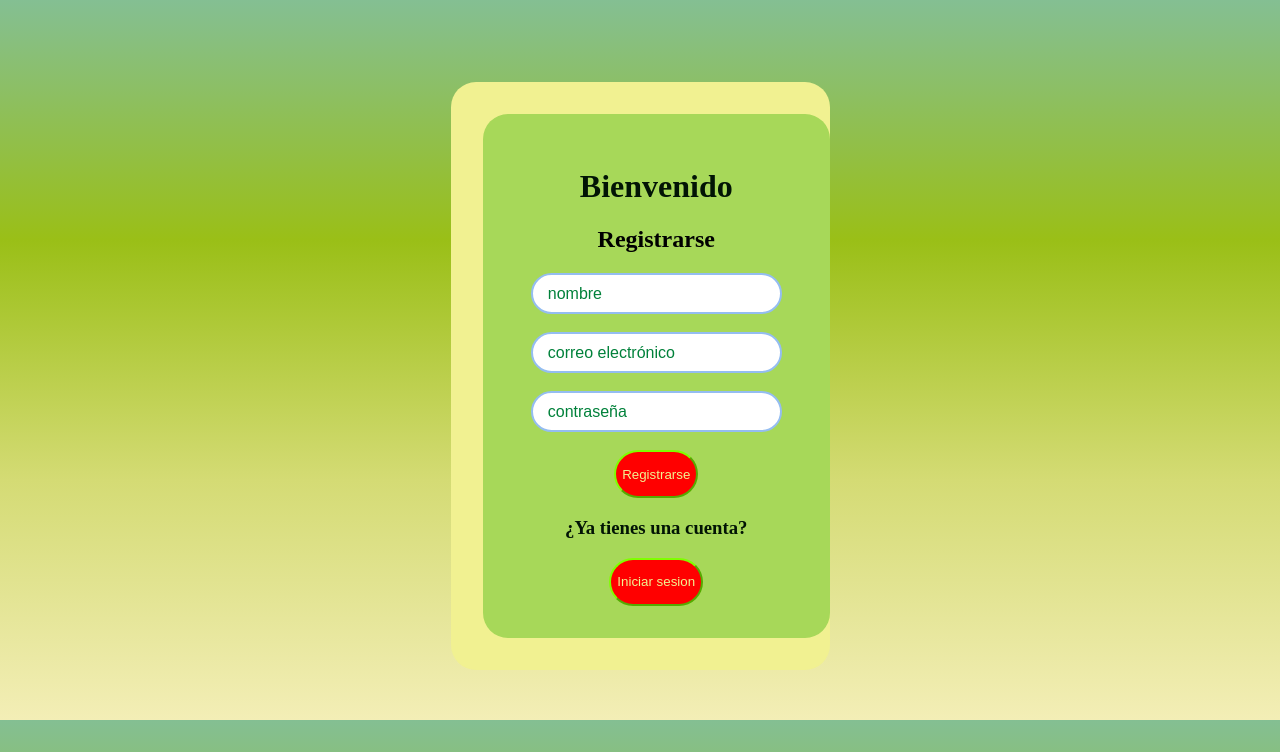
Repository: carrascokarencb37-afk/Nuura
Page: html/registrarse.html
These files come from the project's save history. The page is drawn as it stood at one moment and after the next save; the edit follows.
The browser window is 1280 px wide. The pictures show the whole page.
Some icons come from a web library that is not loaded, so they are not drawn. Backgrounds fixed to the window are drawn as part of the page.

Above is the page before, as saved 2026-05-28 22:47:37.

### html/registrarse.html
<!DOCTYPE html>
<html lang="es">
<head>
    <meta charset="UTF-8">
    <meta name="viewport" content="width=device-width, initial-scale=1.0">

    <title>Nuura - Registrarse</title>

    <link rel="stylesheet" href="../css/style.css">
    <link rel="icon" href="../img/Nuura.png" type="png">

        <script src="../js/script.js" defer></script>

</head>
    <body>
        <div class="borde">
            <div class="cont">
                <h1>Bienvenido</h1>
                <h2>Registrarse</h2>

        <form action="../php/guardar.php" method="POST">
                <input type="text" name="nombre" placeholder="nombre" id="nombre">
                <br><br>
                <input type="email" name="correo" id="correo" placeholder="correo electrónico">
                <br><br>
            <div class="contra">
                <input type="password" name="contra" id="contra" placeholder="contraseña">
                <span onclick="mostrarContra()" class="ojo">
                    <i
                        class="fi fi-sr-eye">
                    </i>
                </span>
                <br><br>
            </div>

                <button type="submit" class="chapito">Registrarse</button>

        </form>
                <h3>¿Ya tienes una cuenta?</h3>

                <a href="iniciarsesion.html"><button class="chapito">Iniciar sesion</button></a>

            </div>
        </div>

    </body>
</html>

### css/style.css
@import url('https://cdn-uicons.flaticon.com/4.0.0/uicons-solid-rounded/css/uicons-solid-rounded.css');

/*Importar fuente chewy*/
@font-face {
    font-family: 'chewy';
    src: url(../fonts/Chewy-Regular.ttf) format('truetype');
    font-weight: normal;
    font-style: normal;
}


body {
    background-image: linear-gradient(to top, #f3eeb6, #d4db74, #9abf17, #84bf93);
    background-size: cover;
    background-attachment: fixed;
    min-height: 100vh;
    margin: 0;

    justify-content: center;
    text-align: center;
    padding: 1rem;
    display: flex;
    align-items: center;
    justify-content: center;
}

.titulo {
    font-family: Arial, Helvetica, sans-serif;
}

.boton {
    text-decoration: none;
}

/*Aqui empieza el estilo de INICIAR SESION.html*/
.cont{
    border-radius: 25px;
    background-color: #a7d859;
    padding: 2rem;
    min-width: 90%;
}
.cont h1{
    color: rgb(2, 20, 5);
    font-family:cursive;
}
.cont h3{
    color:rgb(2, 20, 5);
    font-family:cursive;
}

.borde{
    background-color: #F1F191;
    border-radius:25px;
    padding: 2rem;
}

/*registros*/
.cont input{
    border-radius:30px;
    height: 2rem;
    width: 15rem;
    border-color: rgb(148, 189, 241);
}
.cont ::placeholder{
    color: rgb(0, 129, 58);
}

input{
    color: #004d00;
    max-width: 230px;
    min-height: 35px;

    border-radius: 20px;
    border: 2px solid #4c74ff;

    padding-left: 15px;

    color: #145214;

    font-size: 16px;

    outline: none;
}

/*ojito password*/
.fi fi-sr-eye{
    position: absolute;
    right: 15px;
    top: 8px;
    transform: translateY(-50%);
    cursor: pointer;
}

/*botones*/
.chapito{
    border-radius: 25px;
    background-color:rgb(78, 167, 42) ;
    border-color: chartreuse;
    height: 2rem;
    color: #F1F191;
    transition: 1s;
    background-color: red;
    height: 3rem;
    cursor: pointer;
}
.chapito:hover{
    background-color:rgb(148, 189, 241);
    color: blue;
    border-color: blue;
    transition: 1s;
    transform: scale(1.05);
}

/* Móviles medianos (480px - 768px) */
@media (min-width: 481px) and (max-width: 768px) {
    body {
        padding: 1rem;
    }

    .borde {
        max-width: 500px;
    }

    .cont {
        max-width: 400px;
    }

    .cont input {
        max-width: 260px;
    }

    input {
        max-width: 260px;
    }

    .contra {
        max-width: 260px;
    }
}

/* Móviles en horizontal y tablets pequeñas */
@media (max-width: 768px) {
    .chapito:hover {
        transform: none; /* Evita problemas de hover en táctil */
    }
}

/* Ajuste para pantallas muy pequeñas (menos de 360px) */
@media (max-width: 360px) {
    .cont {
        padding: 1rem;
    }

    .chapito {
        width: 100%;
        max-width: 200px;
        font-size: 0.85rem;
    }

    .cont h1 {
        font-size: 1.4rem;
    }

    .cont h2 {
        font-size: 1.1rem;
    }
}

### js/script.js
//Aqui está el código para mostrar la contraseña en el input de iniciar sesión
function mostrarContra() {
    const input = document.getElementById('contra');
    if (input.type === 'password') {
        input.type = 'text';
    }else {
        input.type = 'password';
    }

}

After the next save:
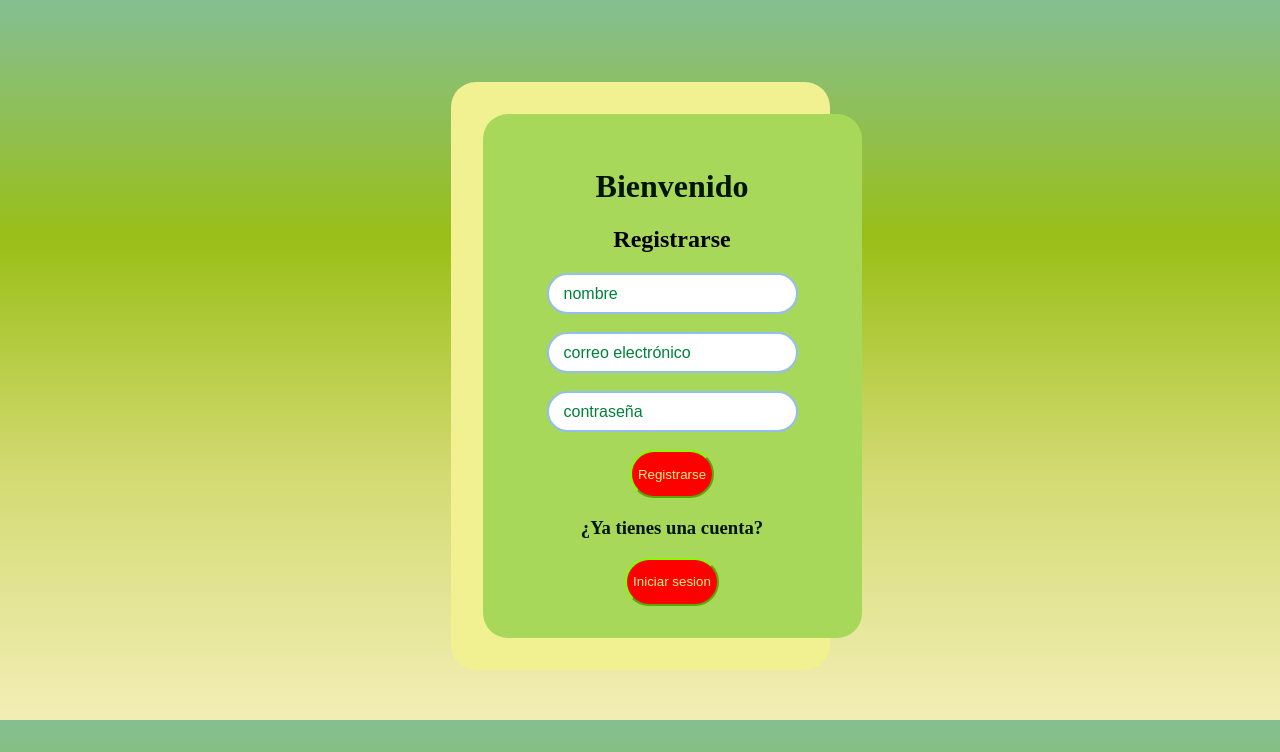
Saved 11 s later.
--- a/css/style.css
+++ b/css/style.css
@@ -37,7 +37,7 @@ body {
     border-radius: 25px;
     background-color: #a7d859;
     padding: 2rem;
-    min-width: 90%;
+    min-width: 100%;
 }
 .cont h1{
     color: rgb(2, 20, 5);
